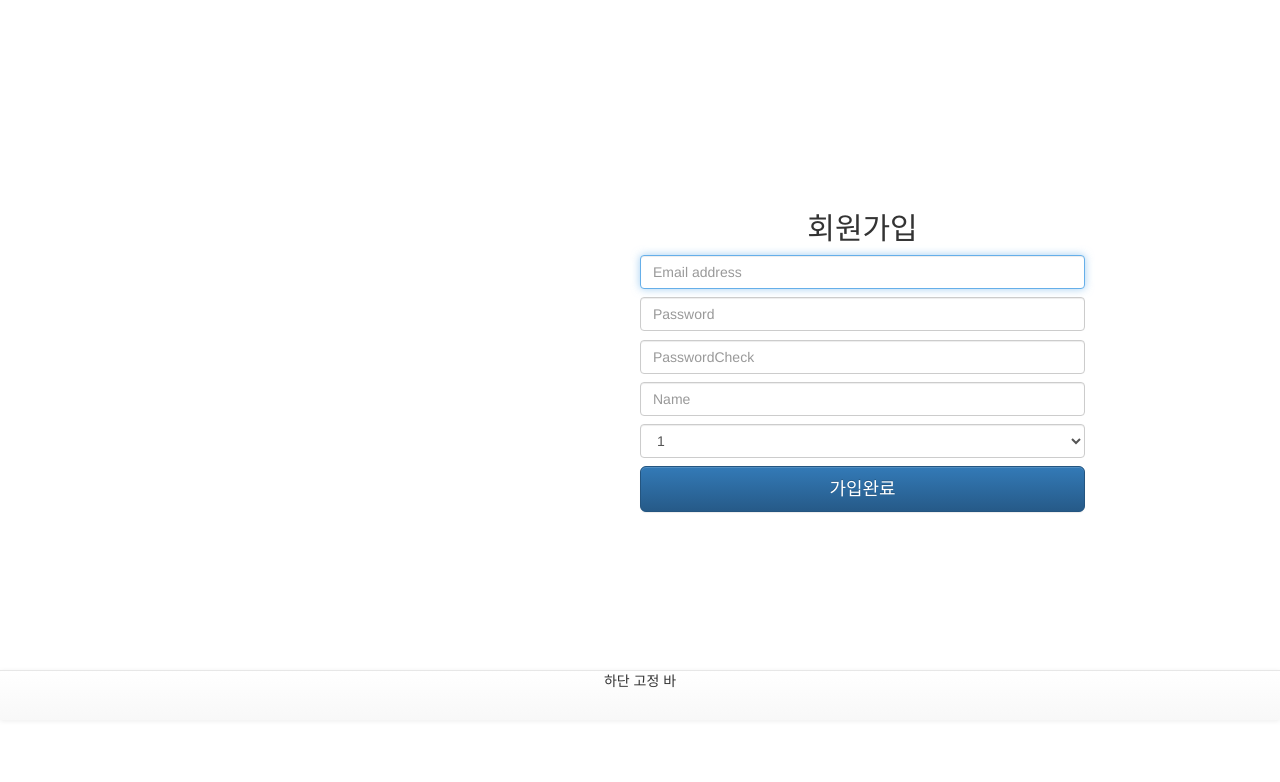
Repository: hrhwbp/Acorn-Final-Project
Page: http://localhost/final_project/index.jsp
An editor plug-in stored every save of this project. The page is shown before and after the next save, followed by the edit.
The browser window is 1280 px wide. The pictures show the whole page.
Some web libraries are served in a nearby version. The page is served by Tomcat 9. Nobody is signed in. The application's start-up code is not run. Other server files are loaded and not shown.

Above is the page before, as saved 2016-10-26 06:06:29.

### final_project/src/main/webapp/index.jsp
<%@ page language="java" contentType="text/html; charset=UTF-8"
	pageEncoding="UTF-8"%>
<!DOCTYPE html">
<html>
<head>
<meta http-equiv="Content-Type" content="text/html; charset=UTF-8">
<title>REMIND</title>
<!-- 합쳐지고 최소화된 최신 CSS -->
<link rel="stylesheet"
	href="https://maxcdn.bootstrapcdn.com/bootstrap/3.3.2/css/bootstrap.min.css">
<!-- 부가적인 테마 -->
<link rel="stylesheet"
	href="https://maxcdn.bootstrapcdn.com/bootstrap/3.3.2/css/bootstrap-theme.min.css">
<style type="text/css">
.top_pd {
	padding-top: 2%;
}

.bottom_pd {
	padding-bottom: 2%;
}

.main_pd {
	padding-top: 15%;
	padding-bottom: 20%;
}
</style>
<!-- 합쳐지고 최소화된 최신 자바스크립트 -->
<script
	src="https://ajax.googleapis.com/ajax/libs/jquery/3.1.1/jquery.min.js"></script>
<script
	src="https://maxcdn.bootstrapcdn.com/bootstrap/3.3.2/js/bootstrap.min.js"></script>
</head>
<body class="center-block()">
	<div class="container main_pd">
		<div class="container col-md-5 col-md-offset-1"></div>
		<div class="container col-md-5">
			<div class="row col-md-12 hide">
				<form class="form-signin">
					<h2 class="form-signin-heading text-center">로그인</h2>
					<div class="row">
						<label for="inputEmail" class="sr-only">Email address</label> <input
							type="email" id="inputEmail" class="form-control"
							placeholder="Email address" required autofocus>
					</div>
					<div class="row top_pd bottom_pd">
						<label for="inputPassword" class="sr-only">Password</label> <input
							type="password" id="inputPassword" class="form-control"
							placeholder="Password" required>
					</div>

					<button class="btn btn-lg btn-primary btn-block" type="submit">로그인</button>
				</form>
				<button class="btn btn-lg btn-primary btn-block" type="button">회원가입</button>
			</div>
			<div class="row col-md-12">
				<form class="form-signin">
					<h2 class="form-signin-heading text-center">회원가입</h2>
					<div class="row">
						<label for="inputEmail" class="sr-only">Email address</label> <input
							type="email" id="inputEmail" class="form-control"
							placeholder="Email address" required autofocus>
					</div>
					<div class="row top_pd">
						<label for="inputPassword" class="sr-only">Password</label> <input
							type="password" id="inputPassword" class="form-control"
							placeholder="Password" required>
					</div>
					<div class="row top_pd">
						<label for="passwordCheck" class="sr-only">PasswordCheck</label> <input
							type="password" id="passwordCheck" class="form-control"
							placeholder="PasswordCheck" required>
					</div>
					<div class="row top_pd">
						<label for="inputName" class="sr-only">Name</label> <input
							type="text" class="form-control" id="inputName"
							placeholder="Name" required>
					</div>
					<div class="row top_pd">
						<select class="form-control">
							<option>1</option>
							<option>2</option>
							<option>3</option>
							<option>4</option>
							<option>5</option>
						</select>
					</div>

					<div class="row top_pd">
						<button class="btn btn-lg btn-primary btn-block" type="submit">가입완료</button>
					</div>
				</form>

			</div>
		</div>
	</div>
	<%@include file="bottom.jsp"%>
</body>
</html>

### final_project/src/main/webapp/bottom.jsp
<%@ page language="java" contentType="text/html; charset=UTF-8"
    pageEncoding="UTF-8"%>
<!DOCTYPE html PUBLIC "-//W3C//DTD HTML 4.01 Transitional//EN" "http://www.w3.org/TR/html4/loose.dtd">
<html>
<head>
<meta http-equiv="Content-Type" content="text/html; charset=UTF-8">
<title>Insert title here</title>
</head>
<body>
<nav class="navbar navbar-default navbar-fixed-bottom">
  <div class="container">
  	<div class="row text-center">
  	 	하단 고정 바
  	</div>
  </div>
</nav>
</body>
</html>

After the next save:
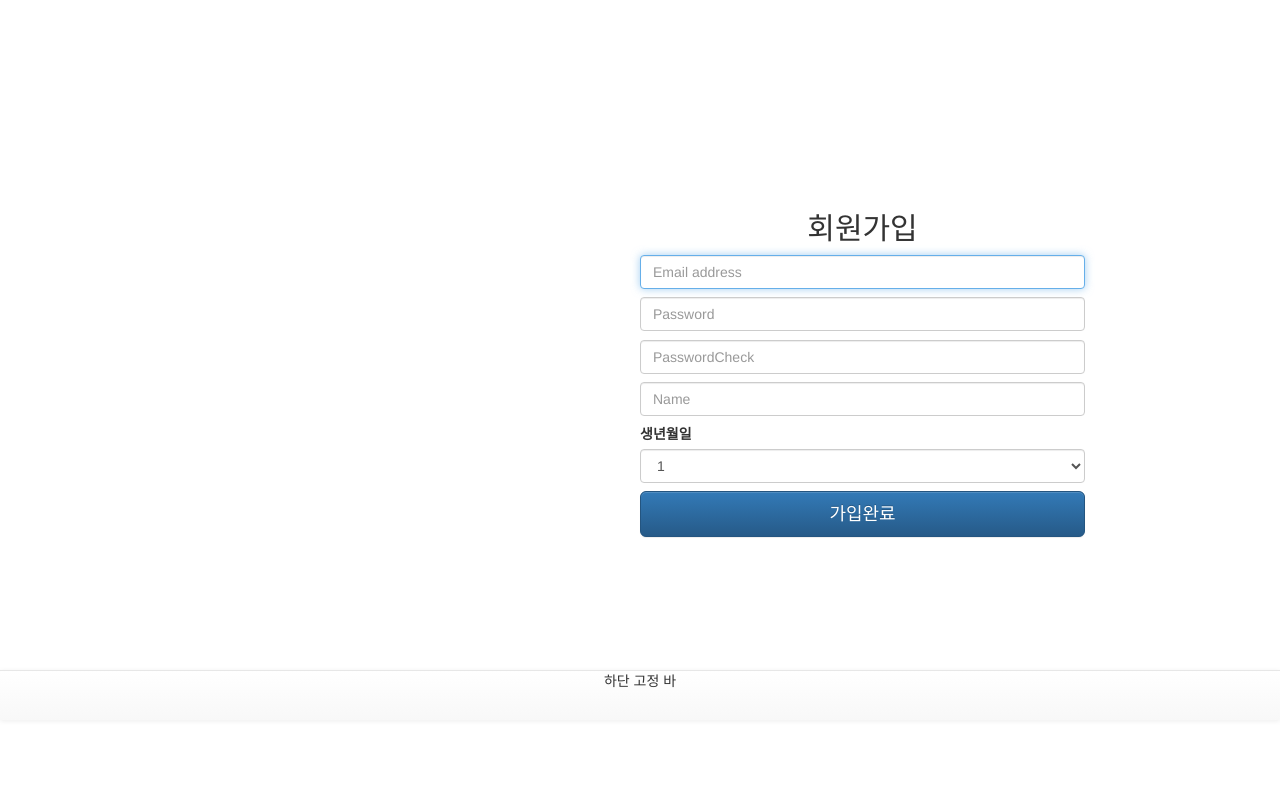
Saved 54 s later.
--- a/final_project/src/main/webapp/index.jsp
+++ b/final_project/src/main/webapp/index.jsp
@@ -77,6 +77,7 @@
 							placeholder="Name" required>
 					</div>
 					<div class="row top_pd">
+						<label>생년월일</label>
 						<select class="form-control">
 							<option>1</option>
 							<option>2</option>
